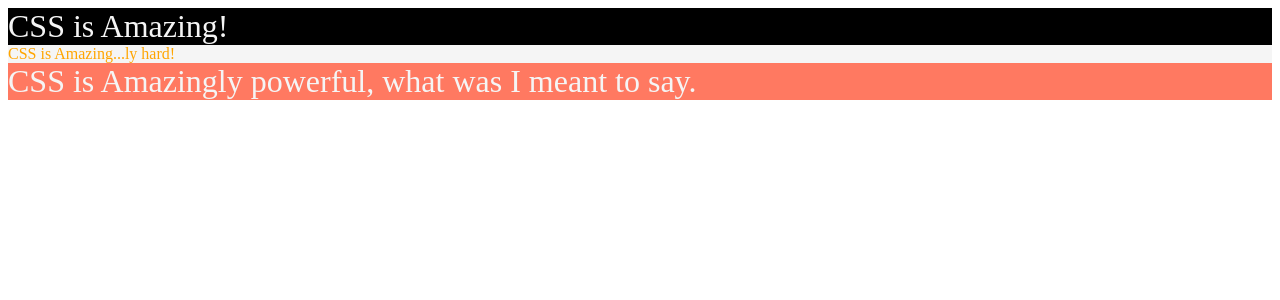
Repository: sammkrt/saltPrecourse
Page: css-trainingGround/cssInHead.html
These files come from the project's save history. The page is drawn as it stood at one moment and after the next save; the edit follows.
The browser window is 1280 px wide. The pictures show the whole page.

Above is the page before, as saved 2022-12-22 10:15:24.

### css-trainingGround/cssInHead.html
<!DOCTYPE html>
<html lang="en">
<head>
    <meta charset="UTF-8">
    <meta http-equiv="X-UA-Compatible" content="IE=edge">
    <meta name="viewport" content="width=device-width, initial-scale=1.0">
    <title>Document</title>
    <style>
        .negative {
            background-color: black;
            color: whitesmoke;
        }
        .positive {
            background-color: #ff7961;
            color: whitesmoke;
        }
        .huge {
            font-size: xx-large;
        }
    </style>
</head>
<body>
    <div class="negative huge">CSS is Amazing!</div>
    <div style="background-color: whitesmoke; color: orange;">CSS is Amazing...ly hard!</div>
    <div class="positive huge">CSS is Amazingly powerful, what was I meant to say.</div>
</body>
</html>

After the next save:
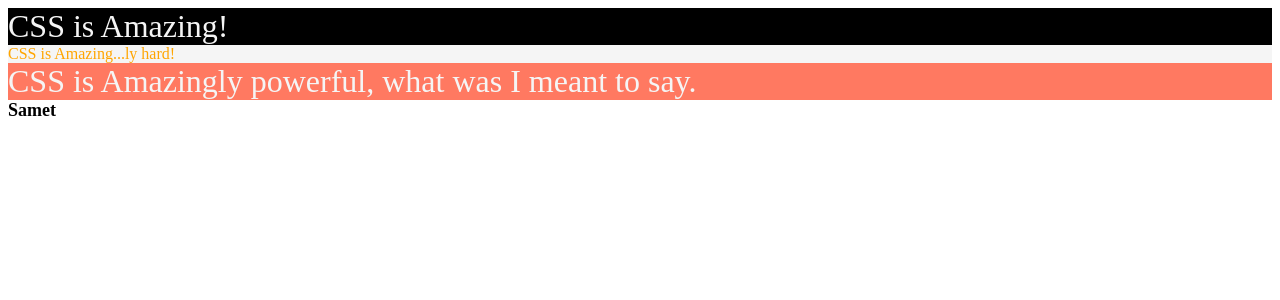
Saved 95 s later.
--- a/css-trainingGround/cssInHead.html
+++ b/css-trainingGround/cssInHead.html
@@ -17,11 +17,16 @@
         .huge {
             font-size: xx-large;
         }
+        #firstName{
+            font-weight: bold;
+            font-size: large;
+        }
     </style>
 </head>
 <body>
     <div class="negative huge">CSS is Amazing!</div>
     <div style="background-color: whitesmoke; color: orange;">CSS is Amazing...ly hard!</div>
     <div class="positive huge">CSS is Amazingly powerful, what was I meant to say.</div>
+    <div id="firstName">Samet</div>
 </body>
 </html>
